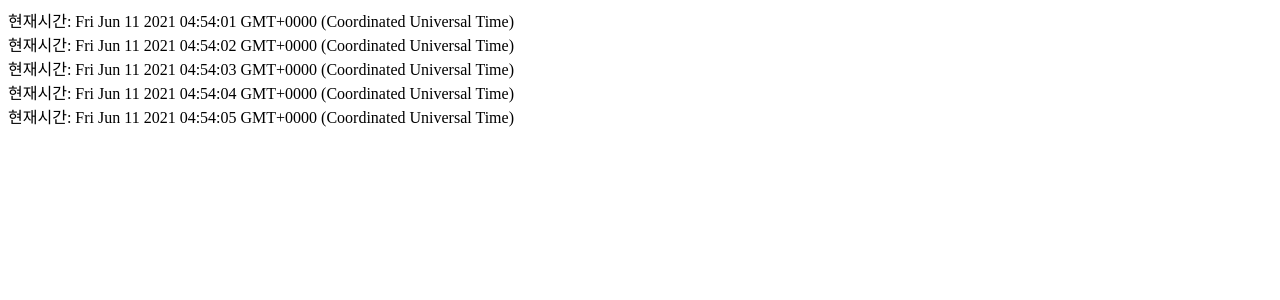
Repository: Jooheehan-kopo/web-workspace
Page: Lecture-web/WebContent/javascript/function/exam05.html
These files come from the project's save history. The page is drawn as it stood at one moment and after the next save; the edit follows.
The browser window is 1280 px wide. The pictures show the whole page.

Above is the page before, as saved 2021-06-14 02:41:18.

After the next save:
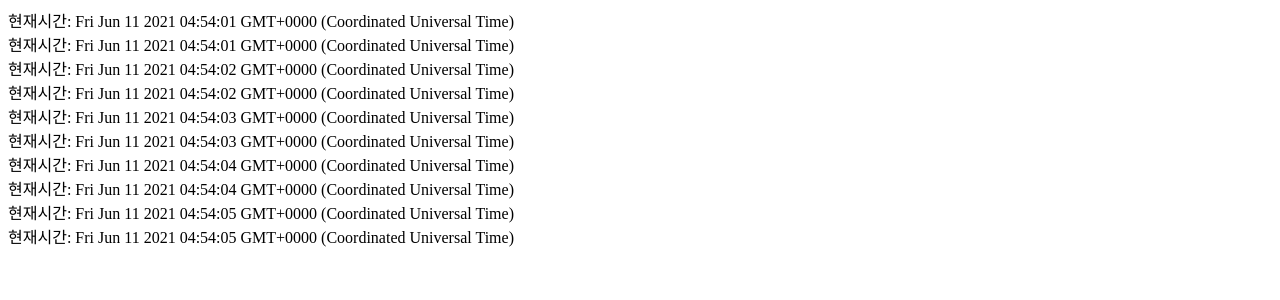
Console error: ReferenceError: clearIntercal is not defined
Saved 2 min 39 s later.
--- a/Lecture-web/WebContent/javascript/function/exam05.html
+++ b/Lecture-web/WebContent/javascript/function/exam05.html
@@ -9,7 +9,7 @@
 	 1. 타이머
 	 setTimeout(function,ms-시간))  : 일정한 시간이 지나고나면 함수를 호출하게 만들어줌.
 	 setInterval(function,ms) : 일정시간마다 함수를 실행하게함.
-	 clearInterval()
+	 clearInterval(id) : 인터벌을 그만두게 하기 위해, 인터벌 작업 아이디가 들어감.
 
 	 */
 //	setTimeout(alert('일어나!!!!'), 3000) //1초가 지나면 나오게함.
@@ -21,6 +21,18 @@
 	setInterval(function(){
 		document.write('현재시간: '+ new Date()+'<br>')
 	},1000)
+
+//3초지나면 1초씩 세던거 멈춰라
+
+setTimeout(function() {
+		clearIntercal(pid)
+	}, 3000)
+
+var id =	setInterval(function(){
+		document.write('현재시간: '+ new Date()+'<br>')
+	},1000)
+
+
 </script>
 
 </head>

After the save that followed:
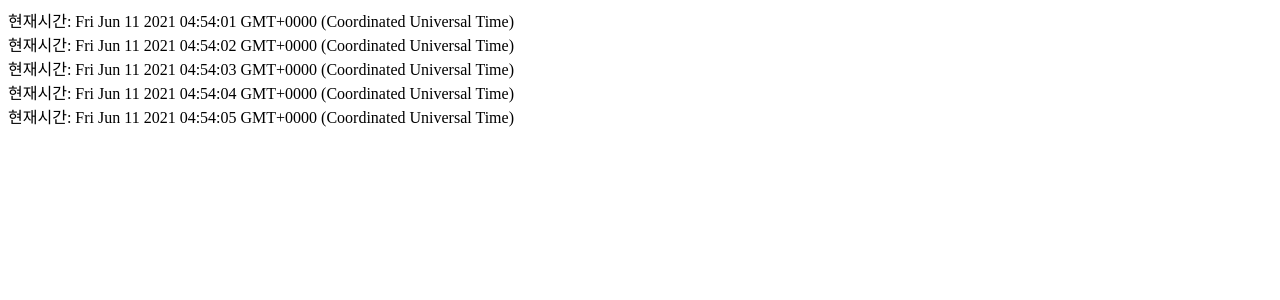
Saved 40 s later.
--- a/Lecture-web/WebContent/javascript/function/exam05.html
+++ b/Lecture-web/WebContent/javascript/function/exam05.html
@@ -13,14 +13,15 @@
 
 	 */
 //	setTimeout(alert('일어나!!!!'), 3000) //1초가 지나면 나오게함.
-	setTimeout(function() {
-		alert('3초 지났어~ 일어나!!!')
-	}, 3000)
+
+//	setTimeout(function() {
+//		alert('3초 지났어~ 일어나!!!')
+//	}, 3000)
 
 
-	setInterval(function(){
-		document.write('현재시간: '+ new Date()+'<br>')
-	},1000)
+//	setInterval(function(){
+//		document.write('현재시간: '+ new Date()+'<br>')
+//	},1000)
 
 //3초지나면 1초씩 세던거 멈춰라
 
